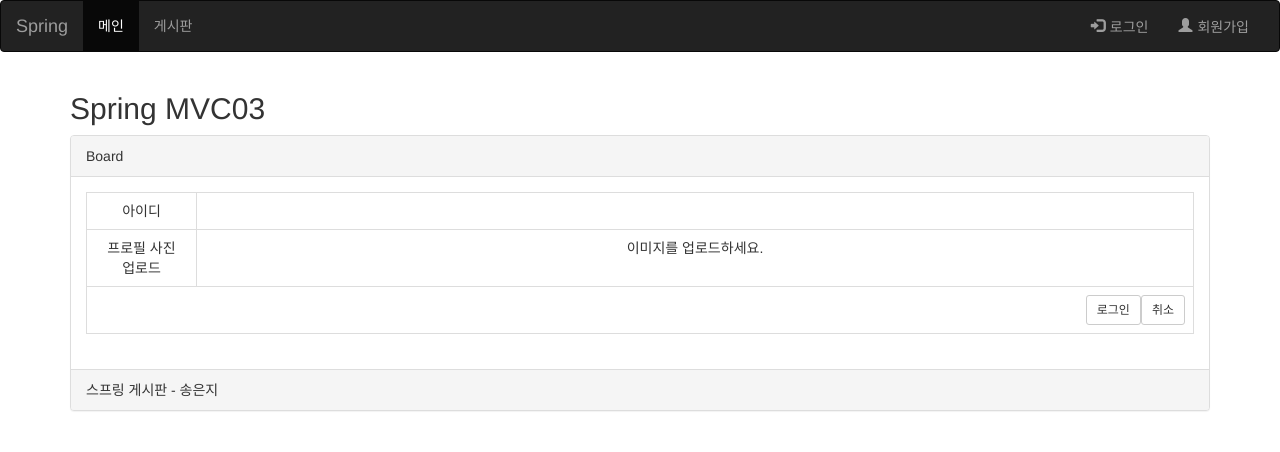
Repository: rlo-g/Spring
Page: http://localhost/SpringMVC03/WEB-INF/views/member/imageForm.jsp
The author's editor kept a copy of each file at every save. The page is drawn from the files as they stood at one save, then again after the next save.
The browser window is 1280 px wide. The pictures show the whole page.
The page is served by Tomcat 9. Nobody is signed in. The template is opened directly, without the code that normally fills it, so the values that code supplies are empty.

Above is the page before, as saved 2023-09-20 00:16:55.

After the next save:
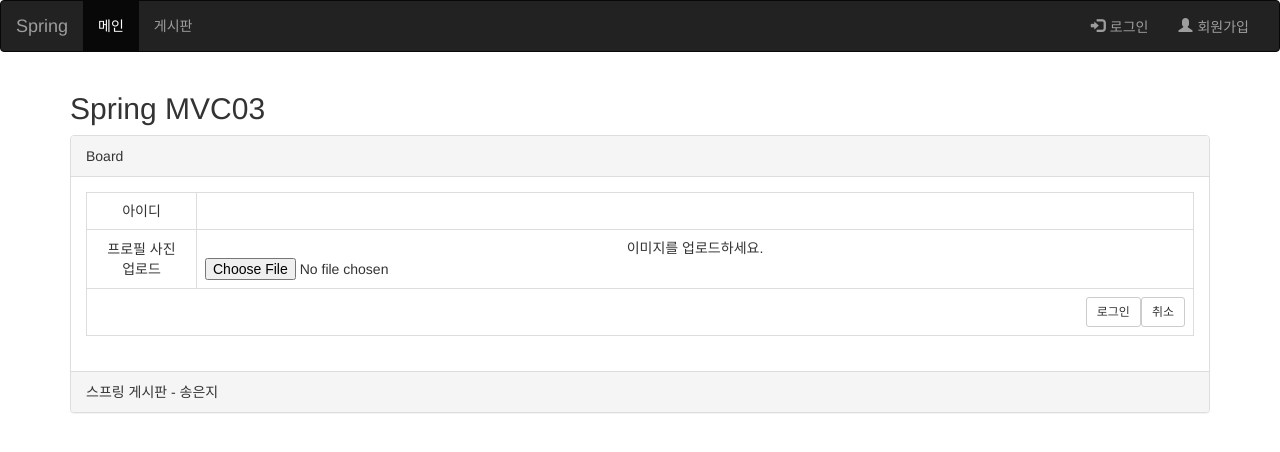
Saved 31 s later.
--- a/SpringMVC03/src/main/webapp/WEB-INF/views/member/imageForm.jsp
+++ b/SpringMVC03/src/main/webapp/WEB-INF/views/member/imageForm.jsp
@@ -43,7 +43,10 @@
     				<tr>
     					<td style="width:110px; vertical-align:middle;">프로필 사진<br>업로드</td>
     					<td colspan="2">
-    						<span>이미지를 업로드하세요.</span>
+    						<span>
+    							이미지를 업로드하세요.
+    							<input type="file">
+    						</span>
     					</td>
     				</tr>
 
